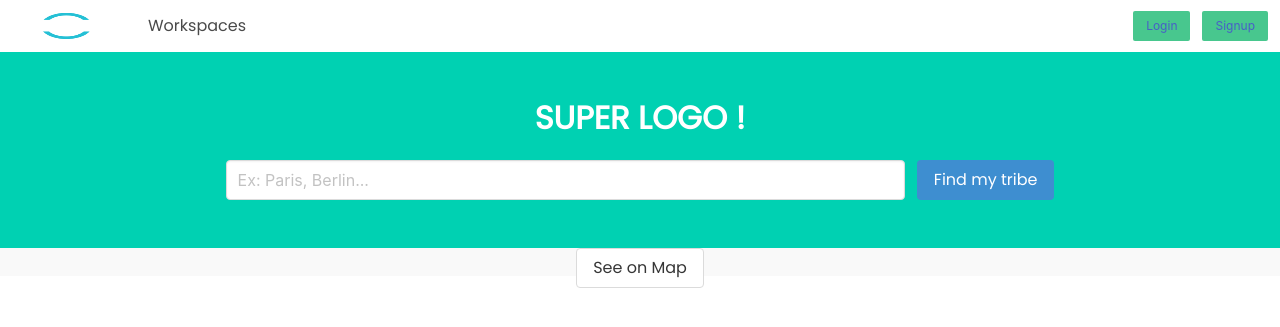
Repository: mernri/IH-final-project
Page: /workspaces (app in client-everymote/)
These files come from the project's save history. The page is drawn as it stood at one moment and after the next save; the edit follows.
The browser window is 1280 px wide. The pictures show the whole page.
The page's requests for data from a server got no answer. Some web libraries are served in a nearby version. The project was rebuilt for these pictures with package versions that can differ from the ones it lists, and the page was loaded fresh each time. No one was signed in, and anything a server would have sent is missing. Also part of the build but not shown: client-everymote/src/components/pages/HomePage/HomePage.css, client-everymote/src/components/pages/HomePage/Inspiration/InspirationCard.js, client-everymote/src/components/pages/HomePage/Inspiration/InspirationSection.js, client-everymote/src/components/pages/HomePage/HomePage.js, client-everymote/src/components/pages/ListingPage/Listing/ListingCard.css, client-everymote/src/components/pages/ListingPage/Listing/ListingCard.js, client-everymote/src/components/pages/ListingPage/Map/MapSection.css, client-everymote/src/components/pages/ListingPage/Map/MapSection.js and 7 more.

Above is the page before, as saved 2019-04-06 11:53:10.

After the next save:
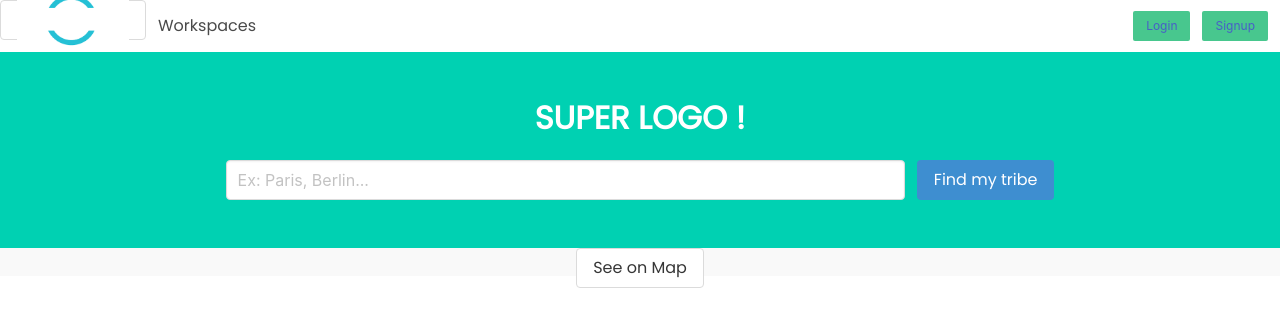
Saved 43 s later.
--- a/client-everymote/src/components/layout/NavBar/Nav.js
+++ b/client-everymote/src/components/layout/NavBar/Nav.js
@@ -17,14 +17,14 @@
     return (
       <div className="navbar is-transparent">
         <div className="navbar-brand">
-          <a className="navbar-item" href="/workspaces">
+          <NavButton className="navbar-item" href="/workspaces">
             <img
               src="data:[embedded picture, 2130 characters]"
               alt="Bulma: a modern CSS framework based on Flexbox"
               width="112"
               height="28"
             />
-          </a>
+          </NavButton>
           <div
             className="navbar-burger burger"
             data-target="navbarExampleTransparentExample"

After the 2 saves that followed:
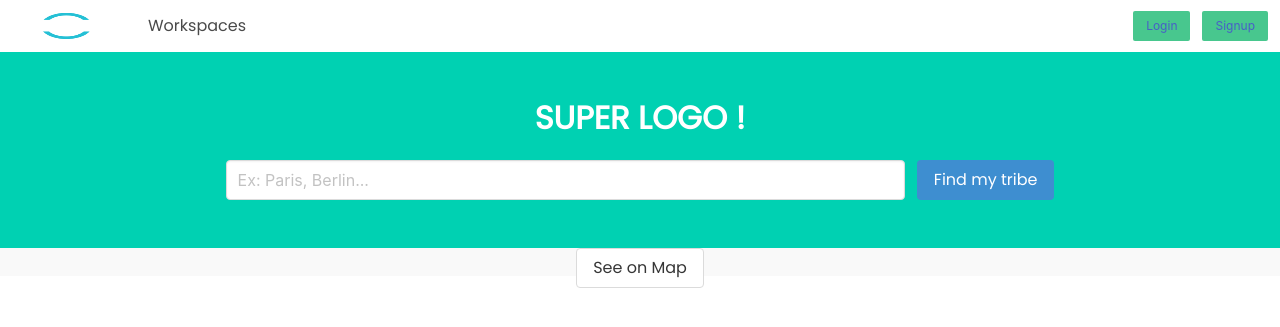
The 2 saves are shown as one change because 1 left the picture as it was.
The last was saved 36 s later.
--- a/client-everymote/src/components/layout/NavBar/Nav.js
+++ b/client-everymote/src/components/layout/NavBar/Nav.js
@@ -17,14 +17,14 @@
     return (
       <div className="navbar is-transparent">
         <div className="navbar-brand">
-          <NavButton className="navbar-item" href="/workspaces">
+          <div className="navbar-item">
             <img
               src="data:[embedded picture, 2130 characters]"
               alt="Bulma: a modern CSS framework based on Flexbox"
               width="112"
               height="28"
             />
-          </NavButton>
+          </div>
           <div
             className="navbar-burger burger"
             data-target="navbarExampleTransparentExample"
